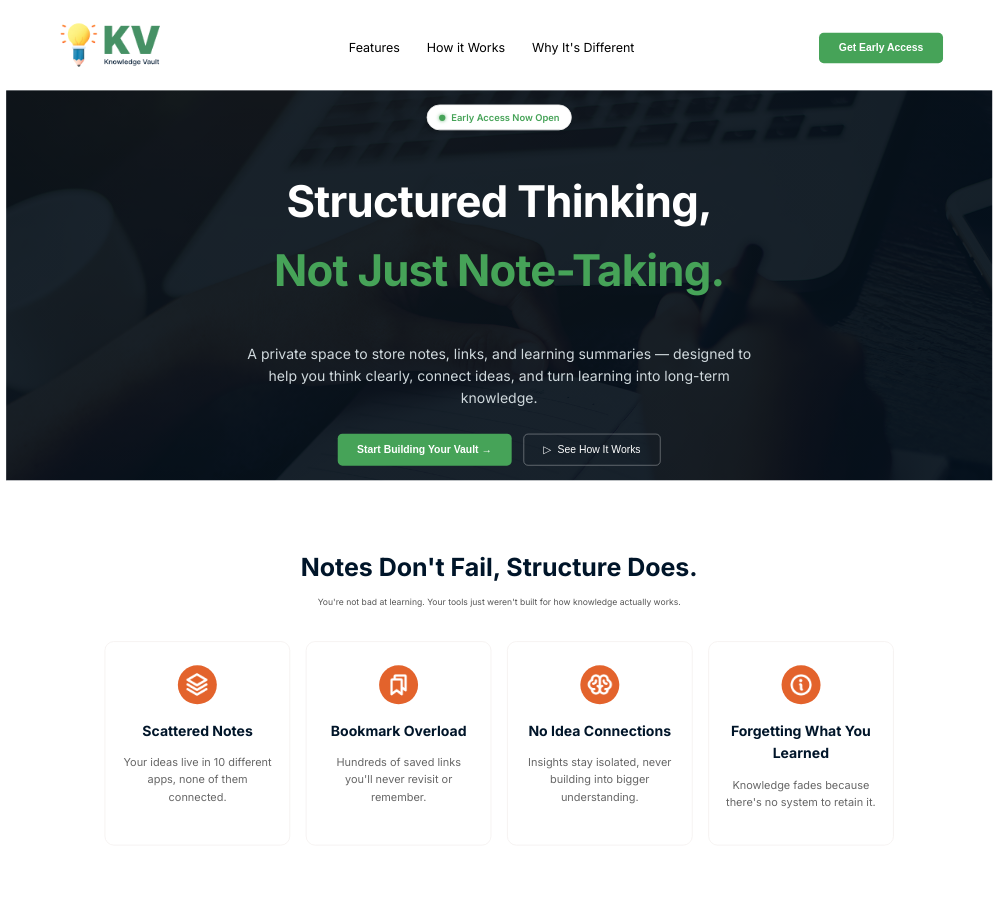
Repository: Saiful21Islam/my-fast-devel
Page: index.html
These files come from the project's save history. The page is drawn as it stood at one moment and after a run of saves; the edit follows.
The browser window is 1280 px wide. The pictures show the whole page, at 78% of full size.

Above is the page before, as saved 2026-01-31 12:24:04.

After the next 2 saves:
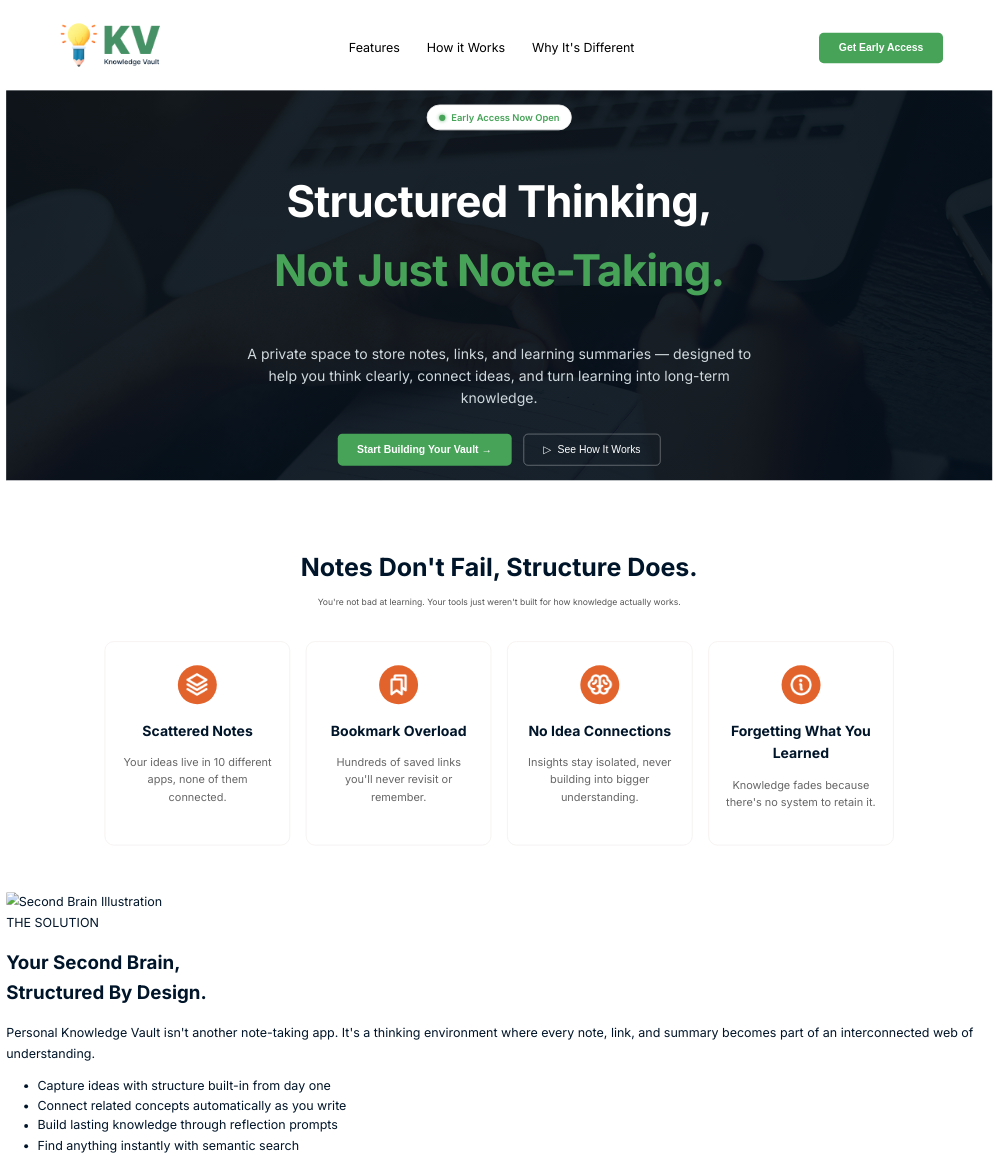
Not found: brain-graphic.png
The 2 saves are shown as one change because they came seconds apart.
The last was saved 3 min 23 s later.
--- a/index.html
+++ b/index.html
@@ -67,7 +67,24 @@
         </div>
     </div>
     </section>
+ <section class="second-brain">
+    <div class="brain-visual">
+        <img src="brain-graphic.png" alt="Second Brain Illustration">
+    </div>
 
+    <div class="brain-content">
+        <span class="solution-tag">THE SOLUTION</span>
+        <h2>Your Second Brain, <br> Structured By Design.</h2>
+        <p>Personal Knowledge Vault isn't another note-taking app. It's a thinking environment where every note, link, and summary becomes part of an interconnected web of understanding.</p>
+
+        <ul class="feature-list">
+            <li>Capture ideas with structure built-in from day one</li>
+            <li>Connect related concepts automatically as you write</li>
+            <li>Build lasting knowledge through reflection prompts</li>
+            <li>Find anything instantly with semantic search</li>
+        </ul>
+    </div>
+</section>
 
 </body>
 </html>
